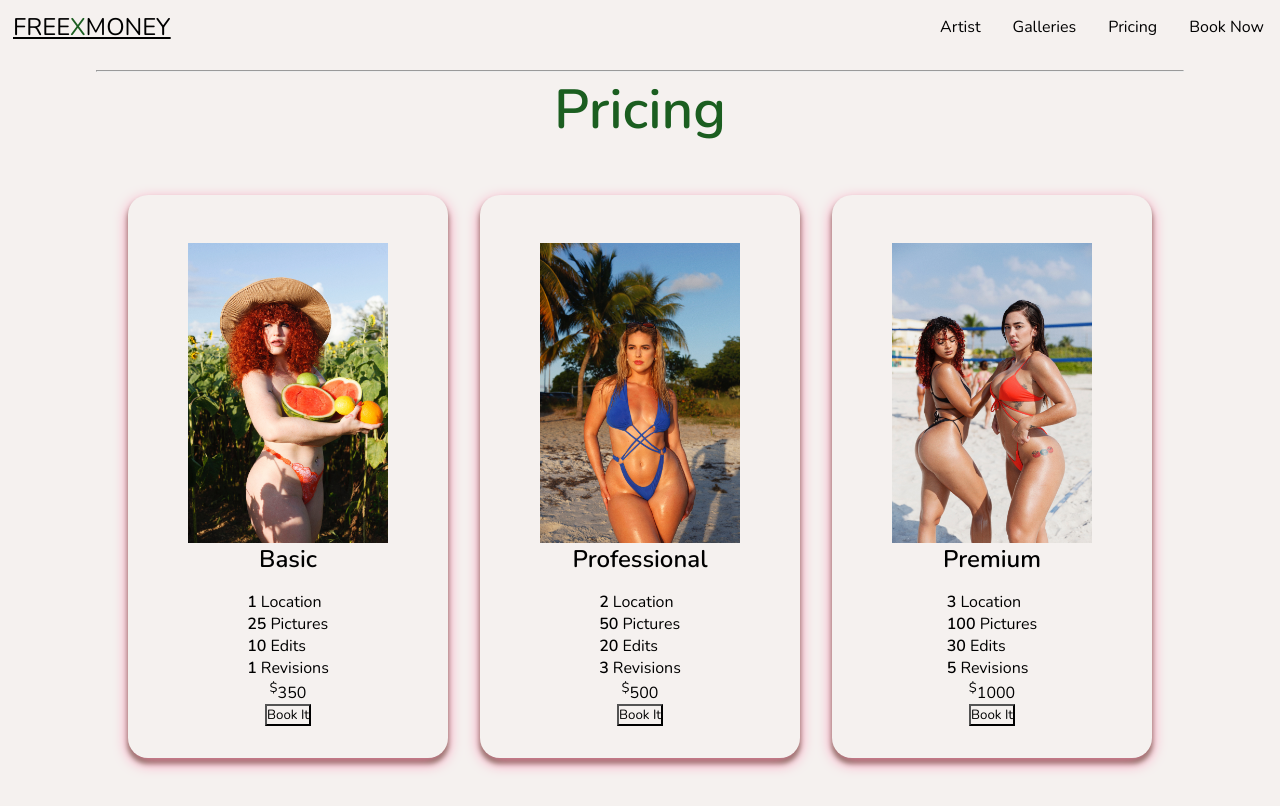
Repository: burntaftermint/freexmoney-draft
Page: price.html
An editor plug-in stored every save of this project. The page is shown before and after the next save, followed by the edit.
The browser window is 1280 px wide. The pictures show the whole page.
Some web fonts or font styles are not loaded; a fallback is used.

Above is the page before, as saved 2024-06-11 01:58:54.

### price.html
<!DOCTYPE html>
<html lang="en">
<head>
    <meta charset="UTF-8">
    <meta http-equiv="X-UA-Compatible" content="IE=edge">
    <meta name="viewport" content="width=device-width, initial-scale=1.0">
    <script src="script.js" defer></script>
    <title>FREEXMONEY</title>
    <link rel="preconnect" href="https://fonts.googleapis.com">
    <link rel="preconnect" href="https://fonts.gstatic.com" crossorigin>
    <link href="https://fonts.googleapis.com/css2?family=Architects+Daughter&family=Kumbh+Sans:wght@400;700&family=Montserrat:ital,wght@0,100;0,200;0,300;0,400;0,500;0,600;0,700;0,800;0,900;1,100;1,200;1,300;1,400;1,500;1,600;1,700;1,800;1,900&family=Nunito:wght@300;400;500;600&family=Roboto:wght@300&family=Rubik:wght@400;500;600;700;800&family=Yantramanav:wght@500&display=swap" rel="stylesheet">
    <link rel="stylesheet" type="text/css" href="style.css">
</head>
<body>
    <nav class="navbar">
        <div class="nav-title">
            <a href="index.html">FREE<span>X</span>MONEY</a>
        </div>
        <a href="#" class="toggle-button">
            <span class="bar"></span>
            <span class="bar"></span>
            <span class="bar"></span>
        </a>
        <div class="navbar-links">
            <ul>
                <li><a href="artist.html">Artist</a></li>
                <li><a href="gallery.html">Galleries</a></li>
                <li><a href="pricing.html">Pricing</a></li>
                <li><a href="home.html">Book Now</a></li>
            </ul>
        </div>
    </nav>
    <hr>
    <h1 class="galleryh1">Pricing</h1>
    <section class="pricing">
        <div class="card-wrapper">
            <!-- card header -->
            <div class="card-header">
                <img src="images/2.JPG" alt="basic">
                <h2>Basic</h2>
            </div>
            <!-- card detail -->
            <div class="card-detail">
                <p><span class="fas fa-check check"></span><b>1</b> Location </p>
                <p><span class="fas fa-check check"></span><b>25</b> Pictures </p>
                <p><span class="fas fa-check check"></span><b>10</b> Edits </p>
                <p><span class="fas fa-check check"></span><b>1</b> Revisions </p>

            </div>
            <!-- card price -->
            <div class="card-price">
                <p><sup>$</sup>350</p>
            </div>
            <!-- button -->
            <button class="card-button">Book It</button>
        </div>

        <div class="card-wrapper">
            <!-- card header -->
            <div class="card-header">
                <img src="images/4.JPG" alt="basic">
                <h2>Professional</h2>
            </div>
            <!-- card detail -->
            <div class="card-detail">
                <p><span class="fas fa-check check"></span><b>2</b> Location </p>
                <p><span class="fas fa-check check"></span><b>50</b> Pictures </p>
                <p><span class="fas fa-check check"></span><b>20</b> Edits </p>
                <p><span class="fas fa-check check"></span><b>3</b> Revisions </p>

            </div>
            <!-- card price -->
            <div class="card-price">
                <p><sup>$</sup>500</p>
            </div>
            <!-- button -->
            <button class="card-button">Book It</button>
        </div>

        <div class="card-wrapper">
            <!-- card header -->
            <div class="card-header">
                <img src="images/11.JPG" alt="basic">
                <h2>Premium</h2>
            </div>
            <!-- card detail -->
            <div class="card-detail">
                <p><span class="fas fa-check check"></span><b>3</b> Location </p>
                <p><span class="fas fa-check check"></span><b>100</b> Pictures </p>
                <p><span class="fas fa-check check"></span><b>30</b> Edits </p>
                <p><span class="fas fa-check check"></span><b>5</b> Revisions </p>

            </div>
            <!-- card price -->
            <div class="card-price">
                <p><sup>$</sup>1000</p>
            </div>
            <!-- button -->
            <button class="card-button">Book It</button>
        </div>

    </section>

</body>
</html>

### style.css

* {
    margin: 0;
    padding: 0;
    box-sizing: border-box;
    font-family: 'Nunito', sans-serif;
    background-color: #f5f1ef;
}

.container {
    display: flex;
    flex-direction: column;
    justify-content: center;
    align-items: center;
    text-align: center;
    margin: 15px 20px 0 20px;
}

.social-links img {
    width: 50px;

    margin: 20px;
    cursor: pointer;
}

.social-links {
    text-align: center;
}

hr {
    margin: 1rem 6rem 0 6rem;
}


.container .heading {
    width: 50%;
    padding-bottom: 20px;
}

.container .heading h3 {
    font-size: 3em;
    font-weight: 400;
    border-bottom: 3px solid #1b5e20;

}

.container .heading h3 span {
    color: #1b5e20;
    font-weight: 600;
}

.container .box {
    display: flex;
    flex-direction: row;
    justify-content: space-between;

}

.container .box .row1 {
    display: flex;
    flex-direction: column;
    width: 32.5%;
}

.container .box .row1 img {
    width: 100%;
    padding-bottom: 10px;
    animation: fadeInUp 2s ease;
}

.container .box .row1 img:hover{
    opacity: 0.5;
    transition: 0.2s ease;

}

.container .btn {
    margin: 40px 0 70px 0;
    background: #1b5e20;
    padding: 15px 40px ;
    border-radius: 5px;
}


.container .btn a {
    text-decoration: none;
    background-color: transparent;
    color: #f5f5f5;
    font-weight: bolder;
    letter-spacing: 1px;
}

.container .heading a {
    text-decoration: none;
    color: black;
}
.container .heading a:hover {

    color: #f06292;
}

.container .btn a:hover {
    text-decoration: none;
    background-color: transparent;
    color: #f06292;
    font-weight: bolder;

}

/* gallery css */
.gallery-container {
    width: 100%;
    min-height: 100vh;
    display: flex;
    justify-content: center;
    align-items: center;
    padding: 0px 90px;
}

.gallery-content-section {
    display: flex;
    justify-content: center;
    align-items: center;
    text-align: center;
    animation: fadeInRight 2s ease;
}

.gallery-content-section .gallery-card {
    flex: 1;
    margin: 20px 20px;
    box-shadow: 0px 2px 8px 0px rgba(0,0,0,0.2);
    border-radius: 20px;
    box-shadow: 0 5px 14px #fa7fa8, 0 5px 5px #1b5e20;
}

.gallery-content-section .gallery-card:hover {
    transform: scale(1.2);
    cursor: pointer;
}

.gallery-content-section .gallery-card img {
    width: 100%;
    height: auto;
    border-radius: 5px;
}

.gallery-content-section .gallery-card h2 {
    margin: 15px 0px;
    font-size: 28px;
    color: #f06292;
}

.gallery-content-section .gallery-card p {
    font-size: 16px;
    line-height: 1.5;
    padding: 0px 10px;
    margin-bottom: 20px;
}

.galleryh1 {
    text-align: center;
    font-size: 55px;
    color: #1b5e20;
}

/* home css */

.hero {
    background-color: #f5f1ef;
    overflow: hidden;
}

.home-heading h1 {
    color: #1b5e20;
    font-size: 55px;
    text-align: center;
    margin-top: 35px;
    margin-bottom: -30px;
}

.hero-content p {
    font-size: 24px;
    line-height: 1.5;
    margin-bottom: 40px;
    color: rgb(39, 39, 39);
}

.hero-btn {
    display: inline-block;
    background-color: #1b5e20;
    margin-top: -20px;
    padding: 12px 24px;
    border-radius: 5px;
    font-size: 20px;
    border: none;
    cursor: pointer;
    transition: 0.3s ease;
    font-weight: bolder;
    letter-spacing: 1px;
}
.hero-btn a {

    text-decoration: none;
    background-color: transparent;
    color: #f5f5f5;
}
.hero-btn a:hover {

    color: #f06292;
}
.container_home {
    display: flex;
    justify-content: center;
    align-items: center;
    width: 90%;
    margin: 65px auto;
}
.hero-content {
    flex: 1;
    width: 600px;
    margin: 0px 25px;
    animation: fadeInUp 2s ease;
}
.hero-image {
    flex: 1;
    width: 600px;
    margin: auto;
    animation: fadeInRight 2s ease;
}

.hero-content h2 {
    color: #f06292;
    font-size: 38px;
    margin-bottom: 10px;
}

.hero img {
width: 100%;
height: auto;
border-radius: 10px;
}

/* navbar css */
.navbar {
    display: flex;
    justify-content: space-between;
    align-items: center;
    background-color: #f5f1ef;


}

.nav-title {
    background-color: transparent;
    text-decoration: underline;
}
.nav-title a{
    color: black;

}
.nav-title a:hover{
    color: #f06292;
}
.nav-title span{
    background-color: transparent;
    color: #1b5e20;
}

.navbar-links ul {
    margin: 0;
    padding: 0;
    display: flex;
}

.navbar-links li {
    list-style: none;

}

.navbar-links li a {
    text-decoration: none;
    color: black;
    padding: 1rem;
    display: block;



}

.navbar-links li a:hover{
    color: #f06292;
}
.nav-title {
    font-size: 1.5rem;
    margin: .5rem;
    padding-left: 5px;

}

.toggle-button {
    position: absolute;
    top: .75rem;
    right: 1rem;
    display: none;
    flex-direction: column;
    justify-content: space-between;
    width: 30px;
    height: 21px;
}

.toggle-button .bar {
    height: 3px;
    width: 100%;
    background-color: black;
    border-radius: 10px;
}

/* Pricing css */

.pricing {
    display: flex;
    justify-content: center;
    flex-wrap: wrap;
    width: 100%;
    padding: 2rem;
}

.card-header >img {
    width: 200px;
    display: block;
    margin: 0 auto;
}

.card-wrapper {
    display: flex;
    flex-direction: column;
    align-items: center;
    justify-content: center;
    width: 320px;
    height: auto;

    border-radius: 20px;
    box-shadow: 0 5px 14px #fa7fa8, 0 5px 5px #1b5e20;
    padding: 2rem;
    margin: 1rem;
    transition: all 0.2 ease-in;
}

.card-wrapper:hover {
    transform: scale(1.1);

}

.card-wrapper:hover .card-header> h2{
    transform: scale(1.1);
    color: #f06292;
    letter-spacing: 2;
}
.card-header {
    margin: 1rem;
    text-align: center;

}






.pricing-card li {
    background-color: #fa7fa8;
}
.pricing-card strong {
    background-color: #fa7fa8;
}
.pricing-card sup {
    background-color: #fa7fa8;
}

.price {
    background-color: #fa7fa8;
    font-size: 70px;
    color: #f5f1ef;
    margin: 40px 0;
    transition: .2s linear;
}

.price sup, .price span {
    font-size: 22px;
    font-weight: 700;
}









@media only screen and (max-width: 1000px) {
    .gallery-content-section {
        flex-direction: column;
    }

    .pricing-card {
        flex: 50%;

    }

    .pricing-card-header {
        font-size: 10.5px;
    }

    .price {
        font-size: 45px;
    }

    .pricing-card li {
        font-size: 15px;
    }



}




@media only screen and (max-width: 769px) {
    .container .box {
        flex-direction: column;
    }
    .container .box .row1 {
        width: 100%;
    }
    .home-heading h1 {
        font-size: 45px;
        margin-top: 30px;
    }

    .hero {
        margin: 0px;

    }
    .container_home {
        width: 100%;
        flex-direction: column;
        margin: 0px;
        padding: 0px 40px;

    }
    .hero-content {
        width: 100%;
        margin: 35px 0px;
    }
    .hero-content h2 {
        font-size: 30px;

    }
    .hero-content p {
        font-size: 18px;
        margin-bottom: 20px;
    }
    .hero-btn {
        font-size: 16px;
        padding: 8px 16px;

    }
    .hero-image {
        width: 100%;
    }

    .pricing-card {
        flex: 50%;

    }

    .pricing-card-header {
        font-size: 6px;
    }

    .price {
        font-size: 35px;
    }

    .pricing-card li {
        font-size: 15px;
    }


}






@media only screen and (max-width: 718px) {
    .container .heading {
        width: 100%;

    }

    .container .heading h3 {
        font-size: 2.5em;


    }
}

@media only screen and (max-width: 549px) {
    .toggle-button {
        display: flex;

    }
    .navbar-links {
        display: none;
        width: 100%;

    }
    .navbar {
        flex-direction: column;
        align-items: flex-start;
    }

    .navbar-links ul {
        width: 100%;
        flex-direction: column;
    }

    .navbar-links li {
        text-align: center;
    }

    .navbar-links li a {
        padding: .3rem .7rem;
    }

    .navbar-links.active {
        display: flex;
    }
}

@media only screen and (max-width: 510px) {
    .gallery-card {
        width: 150%;

    }
}

@media only screen and (max-width: 400px) {
    .pricingh1 {
        margin-bottom: -175px;
    }
}

@keyframes fadeInUp {
    0% {
        opacity: 0;
        transform: translateY(50px);
    }
    100% {
        opacity: 1;
        transform: translateY(0px);
    }
}


@keyframes fadeInRight {
    0% {
        opacity: 0;
        transform: translateX(-50px);
    }
    100% {
        opacity: 1;
        transform: translateX(0px);
    }
}

Loaded but not shown: script.js (common file)

After the next save:
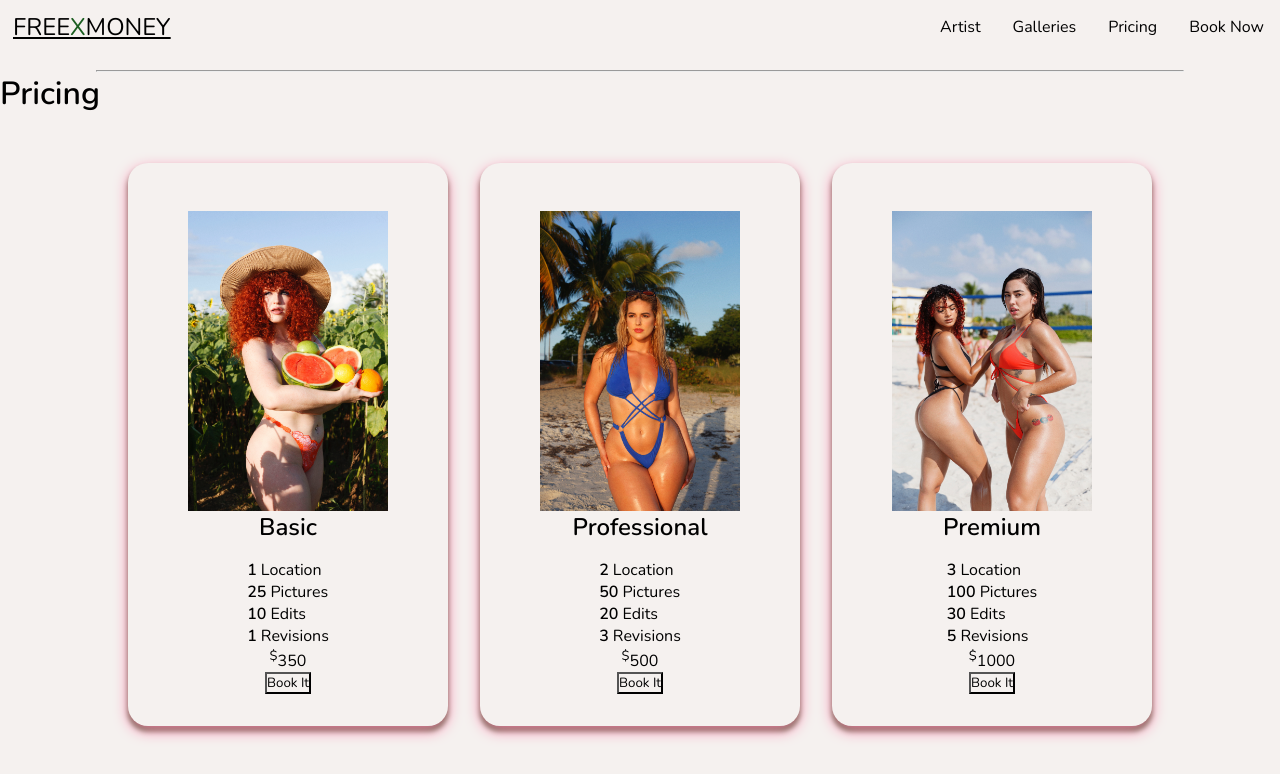
Saved 31 s later.
--- a/price.html
+++ b/price.html
@@ -31,7 +31,7 @@
         </div>
     </nav>
     <hr>
-    <h1 class="galleryh1">Pricing</h1>
+    <h1>Pricing</h1>
     <section class="pricing">
         <div class="card-wrapper">
             <!-- card header -->

After the save that followed:
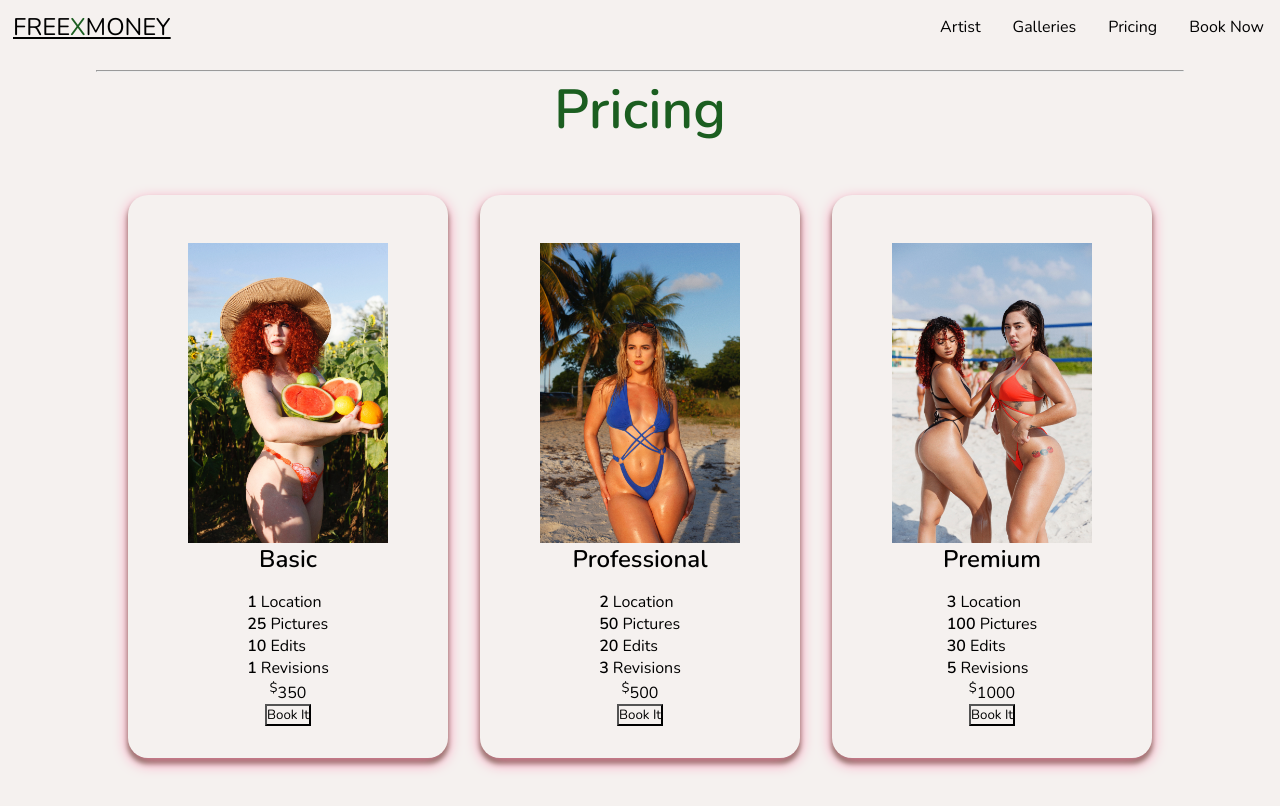
Saved 8 s later.
--- a/price.html
+++ b/price.html
@@ -31,7 +31,7 @@
         </div>
     </nav>
     <hr>
-    <h1>Pricing</h1>
+    <h1 class="galleryh1">Pricing</h1>
     <section class="pricing">
         <div class="card-wrapper">
             <!-- card header -->
